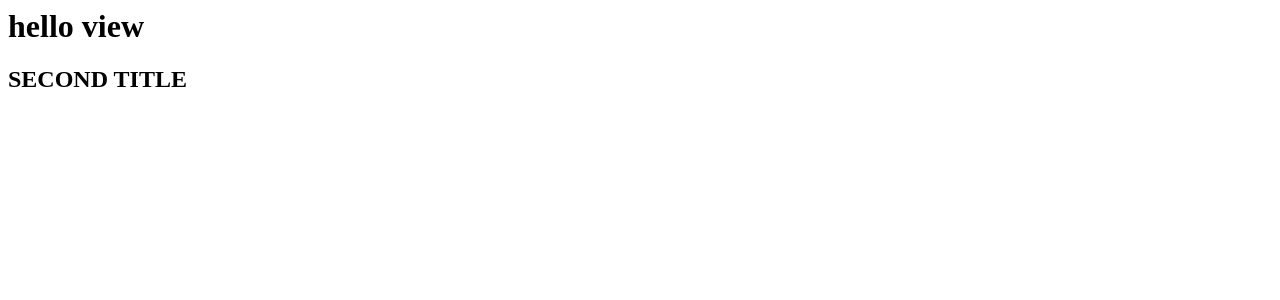
Repository: Matt-Thew/libLang
Page: vue/cnd.html
These files come from the project's save history. The page is drawn as it stood at one moment and after a run of saves; the edit follows.
The browser window is 1280 px wide. The pictures show the whole page.

Above is the page before, as saved 2019-04-20 17:52:29.

### vue/cnd.html
<script src="https://cdn.jsdelivr.net/npm/vue"></script>


<div class="hello-vue">
    <h1>{{ title }}</h1>
</div>

    <div class="second">

        <h2>{{ title.toUpperCase() }}</h2>
        <!-- <h3 v-text="title"> helo v-text</h3> -->
        <!-- <h4 v-on:click="sayHello">just click here</h4> -->
    </div>


<script>


    const helloWorld = new Vue({
        el: '.hello-vue',
        data:{
            title:"hello view"
        }
    });

    const second = new Vue({
        el: '.second',
        data:{
            title:"second title"
        },
        method:{
            sayHello: function(){
                alert("just hello data");
            }
        }
    });
</script>

After the next 2 saves:
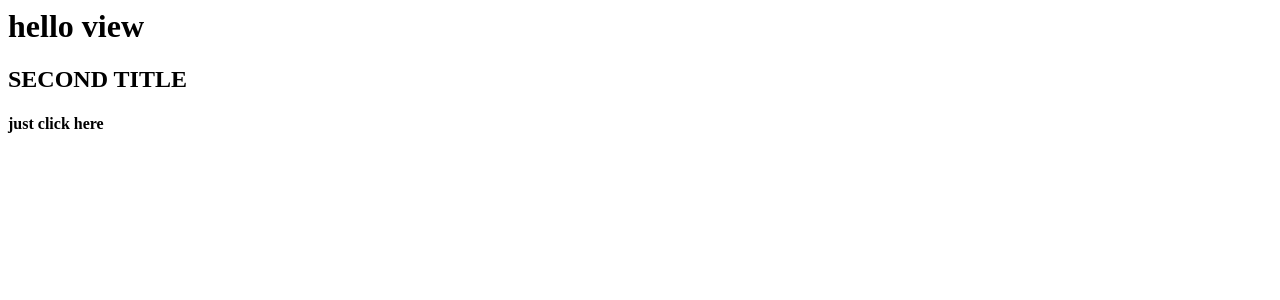
The 2 saves are shown as one change because they came seconds apart.
The last was saved 7 s later.
--- a/vue/cnd.html
+++ b/vue/cnd.html
@@ -8,8 +8,7 @@
     <div class="second">
 
         <h2>{{ title.toUpperCase() }}</h2>
-        <!-- <h3 v-text="title"> helo v-text</h3> -->
-        <!-- <h4 v-on:click="sayHello">just click here</h4> -->
+        <h4 v-on:click="sayHello">just click here</h4>
     </div>
 
 

After the save that followed:
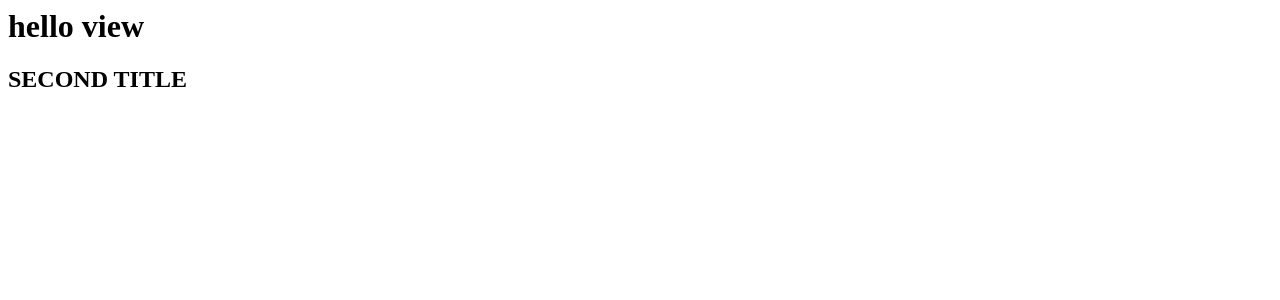
Saved 32 s later.
--- a/vue/cnd.html
+++ b/vue/cnd.html
@@ -8,7 +8,8 @@
     <div class="second">
 
         <h2>{{ title.toUpperCase() }}</h2>
-        <h4 v-on:click="sayHello">just click here</h4>
+        <!-- <h3 v-text="title"> helo v-text</h3> -->
+        <!-- <h4 v-on:click="sayHello">just click here</h4> -->
     </div>
 
 
